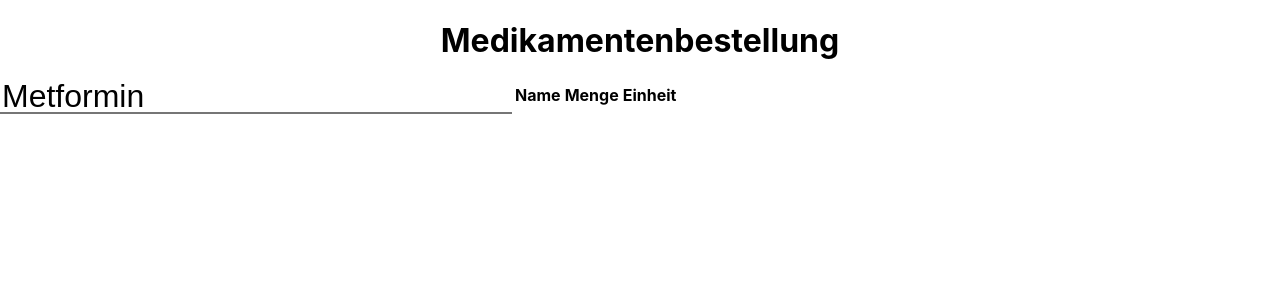
Repository: Esatollah/MedDemo
Page: / (app in client/)
These files come from the project's save history. The page is drawn as it stood at one moment and after the next save; the edit follows.
The browser window is 1280 px wide. The pictures show the whole page.
The page's requests for data from a server got no answer. The project was rebuilt for these pictures with package versions that can differ from the ones it lists, and the page was loaded fresh each time. No one was signed in, and anything a server would have sent is missing. Also part of the build but not shown: client/src/App.css.

Above is the page before, as saved 2022-05-31 16:55:16.

### client/src/App.js
import './App.css';
import SearchBar from './components/Search';
function App() {
  return (
    <div>
      <SearchBar></SearchBar>
    </div>
  );
}

export default App;

### client/src/components/Search.jsx
import React, {useState, useEffect} from 'react'
import DrugAPI from '../api/DrugAPI';
import './Search.css'
const Search = () => {
  const [searchinput, setSearchinput] = useState("Metformin");
  const [drugs, setDrugs] = useState([]);

  useEffect(() => {
    const fetchData = async () => {
      try {
        const result = await DrugAPI.get(`/?drugsearch=${searchinput}`)
        setDrugs(result.data.meds)
      } catch (err) {
        console.error(err);
      }
    }

    fetchData();

  }, [searchinput])

  return (
    <>
        <h1>Medikamentenbestellung</h1>
        <div className='order-box'>

        <input type="search" name="" id="okhre" value={searchinput} onChange={e => setSearchinput(e.target.value)}/>
        <div className='table-box'>
        <table>
          <thead>
            <tr>
              <th scope='col'>
                Name
              </th>
              <th scope='col'>Menge</th>
              <th scope='col'>Einheit</th>
            </tr>
          </thead>
          <tbody>
            {drugs && drugs.map((x) => {
              return (
                <tr key={x.id}>
                <td>{x.name}</td>
                <td>{x.menge}</td>
                <td>{x.mengenart}</td>

                </tr>
              )
            })}
          </tbody>

        </table>
        </div>

        </div>
    </>
    )
}

export default Search

### client/src/api/DrugAPI.js
import axios from 'axios'

export default axios.create({
    baseURL: "http://localhost:5000/api"
})

### client/src/components/Search.css
#okhre {
    width:40%;
    height: 2rem;
    outline:none;
    border-top: hidden;
    border-right: hidden;
    border-left: hidden;
    font-size: 2rem;
}

.table-box {
    max-height: 200px;
    max-width: 40%;
    overflow-y: auto;
}

h1 {
    display:flex;
    justify-content: center;
}

.order-box {
    display: flex;
}

Loaded but not shown: client/public/index.html (common file); client/src/index.js (common file); client/src/index.css (common file)

After the next save:
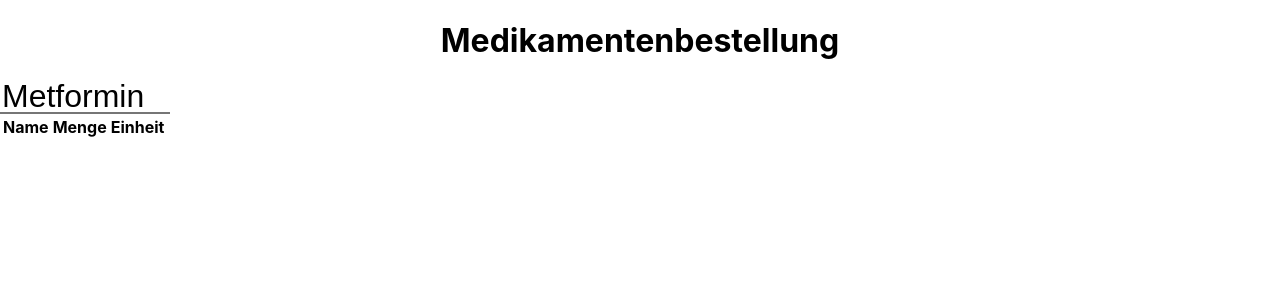
Saved 18 min 57 s later.
--- a/client/src/components/Search.jsx
+++ b/client/src/components/Search.jsx
@@ -23,7 +23,7 @@ const Search = () => {
     <>
         <h1>Medikamentenbestellung</h1>
         <div className='order-box'>
-
+<div className='cart-box'>
         <input type="search" name="" id="okhre" value={searchinput} onChange={e => setSearchinput(e.target.value)}/>
         <div className='table-box'>
         <table>
@@ -50,6 +50,7 @@ const Search = () => {
           </tbody>
 
         </table>
+</div>
         </div>
 
         </div>
